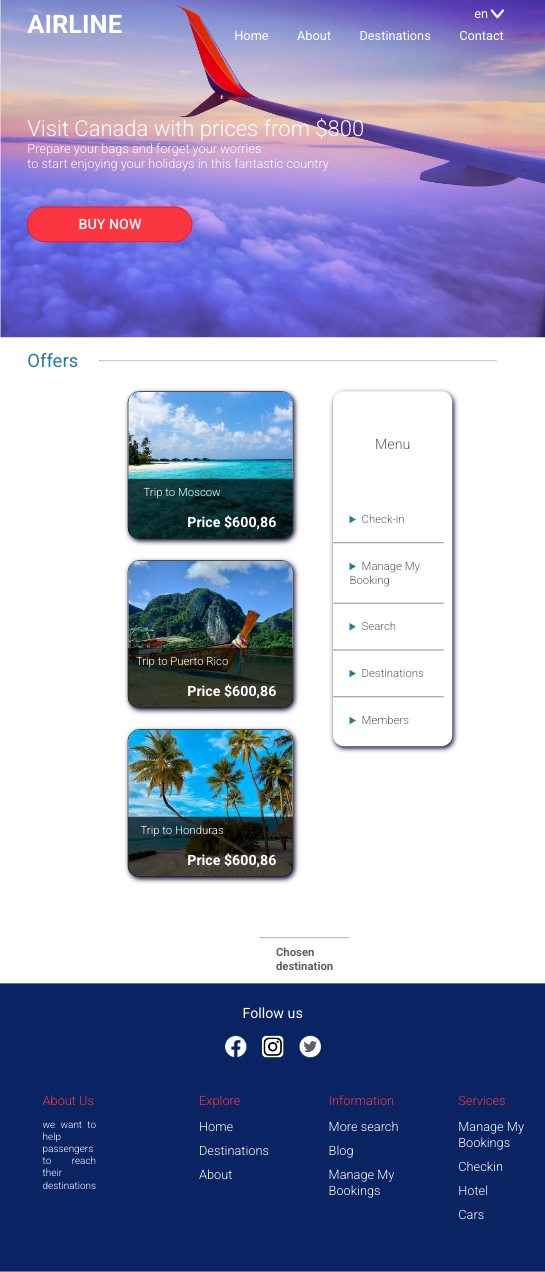
Repository: Cherced/AIRLINES
Page: /
These files come from the project's save history. The page is drawn as it stood at one moment and after the next save; the edit follows.
The browser window is 768 px wide. The pictures show the whole page, at 71% of full size.
The project was rebuilt for these pictures with package versions that can differ from the ones it lists, and the page was loaded fresh each time. The framework's server and built-in components were replaced by stand-ins that run in the browser. Also part of the build but not shown: components/atoms/BannerStaff/Modal/SelectIdioms.jsx.

Above is the page before, as saved 2022-07-01 08:29:06.

After the next save:
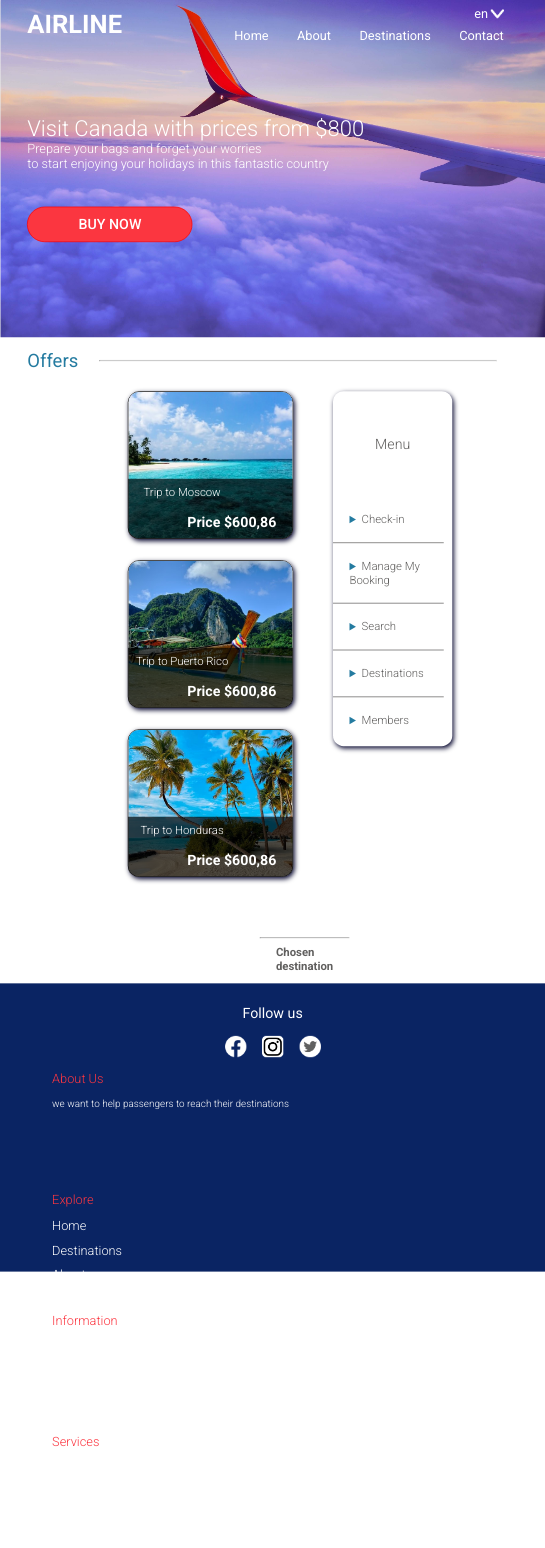
Saved 44 s later.
--- a/sass/components/Footer/_moreToUs.scss
+++ b/sass/components/Footer/_moreToUs.scss
@@ -50,6 +50,24 @@
     }
 }
 
+@media screen and (max-width: 926px) {
+    .footerNavBar--Container {
+        display: flex;
+        height: 60%;
+        width: 100%;
+        justify-content: space-around;
+        align-items: center;
+        flex-wrap: wrap;
+        .navbar-Item-Content {
+            width: 90%;
+            height: 150px;
+            margin-top: 20px;
+            margin-left: 70px;
+        }
+    }
+
+
+}
 
 @media screen and (max-width: 640px) {
     .footerNavBar--Container {
